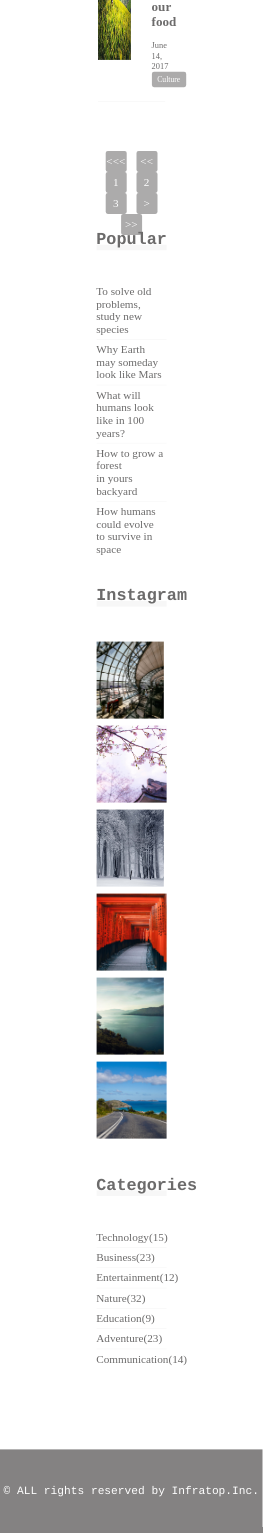
Repository: sweetyk0168/git-kadai3
Page: caravan/index.html
The author's editor kept a record of every edit. The page is drawn from the files as they stood at one moment, then again after the next edit.
The browser window is 375 px wide. The pictures show the part of the page from y = 1812 to 4052 px (the page is 4002 px tall before and 4052 px after), at 70% of full size.
Some web libraries are served in a nearby version.

Above is the page before.

### caravan/index.html
<!DOCTYPE html>
<html lang="ja">
  <head>
    <meta charset="UTF-8" />
    <meta name="viewport" content="width=device-width,initial-scale=1.0">
    <script src="https://kit.fontawesome.com/51edd661f7.js" crossorigin="anonymous"></script>
    <link rel="stylesheet" href="style.css" />
    <title>CARAVAN</title>
  </head>

  <body>
    <!-- header -->
    <!--<div class="header">-->
    <header>
      <h1 class="heading">
        <a href="index.html">
          CARAVAN
        </a>
      </h1>
      <div class="social">
        <i class="fa-brands fa-square-facebook"></i>
        <i class="fa-brands fa-square-twitter"></i>
        <i class="fa-brands fa-instagram"></i>
      </div>
    </header>
    <!--</div> -->

    <!-- navigation -->
    <nav>
      <ul class="navi-list">
          <li class="navi-list-item">
            <a href="index.html">Home</a>
          </li>
          <li class="navi-list-item">About</li>
          <li class="navi-list-item">Topic</li>
      </ul>
    </nav>
    <!-- main-visual用のdiv -->
    <div class="main-visual">
      <div class="main-visual-content">
        <!-- pタグ（と文字）を追加-->
        <p class="main-visual-text">
          The world is a book<br />
          and those who do not travel<br />
          read only one page.
        </p>
        <p class="main-visual-name">
          St. Augustine
        </p>
      </div>
    </div>

    <!-- main用のdiv -->
    <main>
        <!--<div class="sidebar-right"></div>-->
        <section class="blog">
        <h2 class="blog-heading">Recent Blogs</h2>
          <div class="blog-box">
          <div class="blog-item">
              <img class="blog-image" src="img/forest.jpg" />
              <section class="blog-text">
                <h3 class="blog-text-heading">
                  <a href="single.html">
                    Hopeful lessons from<br />
                    the battle to save<br />
                    rainforests
                  </a>
                </h3>
                <p class="blog-date">June 19, 2017</p>
                <span class="category">Nature</span>
              </section>
            </div>
            <div class="blog-item">
              <img class="blog-image" src="img/desert.jpg" />
              <section class="blog-text">
                  <h3 class="blog-text-heading">
                    <a href="single.html">
                      How to fight<br />
                      desertification and<br />
                      reverse climate change
                    </a>
                  </h3>
                  <p class="blog-date">June 17, 2017</p>
                  <span class="category">Nature</span>
              </section>
            </div>
            <div class="blog-item">
              <img class="blog-image" src="img/sunset.jpg" />
              <section class="blog-text">
                  <h3 class="blog-text-heading">
                    <a href="single.html">
                      Why I'm rowing<br />
                      across the Pacific
                    </a>
                  </h3>
                  <p class="blog-date">June 16, 2017</p>
                  <span class="category">Adventure</span>
              </section>
            </div>
            <div class="blog-item">
              <img class="blog-image" src="img/italy.jpg" />
              <section class="blog-text">
                  <h3 class="blog-text-heading">
                    <a href="single.html">
                      Unseen footage,<br />
                      untamed nature
                    </a>
                  </h3>
                  <p class="blog-date">June 15, 2017</p>
                  <span class="category">Nature</span>
              </section>
            </div>
            <div class="blog-item">
              <img class="blog-image" src="img/asia.jpg" />
              <section class="blog-text">
                  <h3 class="blog-text-heading">
                    <a href="single.html">
                      The case for<br />
                      engineering our food
                    </a>
                  </h3>
                  <p class="blog-date">June 14, 2017</p>
                  <span class="category">Culture</span>
              </section>
            </div>
          </div>
          <div class="pagination">
            <p><<<</p>
            <p><<</p>
            <p>1</p>
            <p>2</p>
            <p>3</p>
            <p>></p>
            <p>>></p>
          </div>
        </section>
        <div class="sidebar">
          <section class="popular">
            <h2 class="sidebar-heading common-heading">Popular</h2>
            <div class="sidebar-contents">
              <p class="popular-text">
                To solve old problems,<br />study new species
              </p>
              <p class="popular-text">
                Why Earth may someday<br />look like Mars
              </p>
              <p class="popular-text">
                What will humans look<br />like in 100 years?
              </p>
              <p class="popular-text">
                How to grow a forest<br />in yours backyard
              </p>
              <p class="popular-text">
                How humans could evolve<br />to survive in space
              </p>
            </div>
          </section>
          <section class="instagram">
            <h2 class="instagram-heading common-heading">Instagram</h2>
            <div class="sidebar-contents">
              <div class="instagram-box"></div>
              <div class="instagram-box"></div>
              <div class="instagram-box"></div>
              <div class="instagram-box"></div>
              <div class="instagram-box"></div>
              <div class="instagram-box"></div>
            </div>
          </section>
          <section class="categories">
            <h2 class="categories-heading common-heading">Categories</h2>
            <div class="sidebar-contents">
              <div class="categories-text">Technology(15)</div>
              <div class="categories-text">Business(23)</div>
              <div class="categories-text">Entertainment(12)</div>
              <div class="categories-text">Nature(32)</div>
              <div class="categories-text">Education(9)</div>
              <div class="categories-text">Adventure(23)</div>
              <div class="categories-text">Communication(14)</div>
            </div>
          </section>
        </div>
    </main>

    <!-- footer用のdiv -->
    <footer>
      <p class="footer-text">© ALL rights reserved by Infratop.Inc.</p>
    </footer>
  </body>
</html>

### caravan/style.css
/* ブラウザがそれぞれ持っているCSSをリセットするための記述 */
* {
  margin: 0;
  padding: 0;
  box-sizing: border-box;
  color: #6c6b6b;
}

a {
  text-decoration: none;
}

header, nav, h2, .main-visual, footer {
  font-family: Chalkduster, "Bradley Hand", Courier, "Segoe Print", sans-serif;
}

header {
  width: 90%; /* 横幅いっぱい */
  padding: 15px 0;
  margin: 0 auto;
  text-align: center;
  position: relative;
}

.social i {
  display: inline-block;
  margin-left: 20px;
}

.social {
  position: absolute;
  top: 22px;
  right: 22px;
}

header .heading {
  /* headerタグ内のheadingクラスにのみ反映される*/
 font-size: 32px;
}

.navi-list {
  text-align: center;
  padding: 10px 0;
  margin: 0 auto;
}

.navi-list-item {
  list-style: none;
  display: inline-block;
  margin: 0 20px;
}

.main-visual {
  width: 100%; /* 横幅いっぱい */
  height: 300px; /* 高さ300px */
  background-image: url(img/mv.jpg);
  background-size: cover;
  background-position: center;
}

.main-visual-content {
  width: 40%;
  height: 300px;
  background-color: rgba(0, 0, 0, 0.5); /*背景色を半透明の黒にする*/
  text-align: center; /* 文字を中央揃えにする*/
  padding-top: 105px; /* 上側の内側余白で垂直方向の位置を調整*/
}

.main-visual-text {
  color: #fff; /*文字色を城に変更*/
}

.main-visual-name {
  margin-top: 30px; /*上側の外側の余白*/
  color: #fff; /*文字色を白に変更*/
}

main {
  width: 800px; /* 横幅840px */
  display: flex; /* Flexboxの利用 */
  justify-content: center; /* 子要素の横並び・中央寄せ */
  margin: 0 auto; /* 中央寄せ（左右に余白がないとできない） */
  padding: 70px 0; /* 上下に70px 左右に0pxの内側余白*/
}

.blog {
  width: 540px;
  margin-right: 30px; /*領域の右側余白*/
}

.blog-heading {
  border-bottom: 8px solid #f7f7f7;
  text-align: center;
  line-height: 0.6;
}

.blog-box {
  padding-top: 50px;
}

.blog-item {
  padding-bottom: 20px;
  margin-bottom: 20px;
  border-bottom: 1px solid #f7f7f7;
  display: flex;
  justify-content: flex-start;
}

.blog-image {
  height: 180px;
}

.blog-text {
  padding: 25px 0 0 30px;
}

.blog-text-heading {
  padding-bottom: 15px;
}

.blog-date {
  font-size: 12px;
  display: inline-block;
}

.category {
  display: inline-block;
  padding: 5px 8px;
  background-color: #acabab;
  border-radius: 3px;
  color: #fff;
  font-size: 11px;
}

.pagination {
  text-align: center;
  padding-top: 50px;
}

.pagination p {
  display: inline-block;
  width: 30px;
  height: 30px;
  margin: 0 5px;
  color: #fff;
  background-color: #acabab;
  border-radius: 3px;
  line-height: 30px;
}
.sidebar {
  width: 230px;
}

.common-heading {
  border-bottom: 8px solid #f7f7f7;
  text-align: center;
  line-height: 0.6;
}

.sidebar-contents {
  padding: 50px 0;
}

.popular-text,
.categories-text {
  padding-bottom: 5px;
  border-bottom: 1px solid #f7f7f7;
  margin-bottom: 5px;
}

.popular-text:last-child,
.categories-text:last-child {
  margin: 0;
  padding: 0;
  border: none;
}

.instagram .sidebar-contents {
  display: flex;
  flex-wrap: wrap;
}

.instagram-box {
  width: 110px;
  padding-top: 110px;
  background-size: cover;
  background-position: center;
  margin-bottom: 10px;
}

.instagram-box:nth-child(odd) {
  margin-right: 10px;
}

.instagram-box:nth-child(1) {
  background-image: url(img/airport.jpg);
}

.instagram-box:nth-child(2) {
  background-image: url(img/japan.jpg);
}

.instagram-box:nth-child(3) {
  background-image: url(img/snow.jpg);
}

.instagram-box:nth-child(4) {
  background-image: url(img/japan2.jpg);
}

.instagram-box:nth-child(5) {
  background-image: url(img/lake.jpg);
}

.instagram-box:nth-child(6) {
  background-image: url(img/road.jpg);
}


footer {
  width: 100%; /* 横幅いっぱい */
  height: 120px; /* 高さ100px */
  text-align: center;
  line-height: 120px;
  background-color: #848282; /* 背景色blue */
}

.footer-text {
  color: #fff;
}

@media screen and (max-width: 425px) {
  header {
    width: 100px;
  }

  .navi-list {
    width: 100px;
  }

  .navi-list-item {
    width: 100px;
    margin: 0 0 10px 0;
  }

  .social {
    display: none;
  }

  .main-visual-content {
    width: 100px;
  }

  main {
    width: 100px;
    display: block;
  }

  .blog {
    width: 100px;
    display: block;
  }

  .blog-box {
    padding-left :2%;
    padding-right: 2%;
  }


  .blog-image {
    width: 49%;
  }

  .blog-text {
    width: 49%;
    padding-top: 5px;
  }

  .sidebar {
    width: 100%;
  }

  .sidebar-congents {
    padding-left: 3%;
    padding-right: 4%;
  }

  .instagram-box:nth-child(odd) {
    margin-right: 4%;
  }








}

After the next edit:
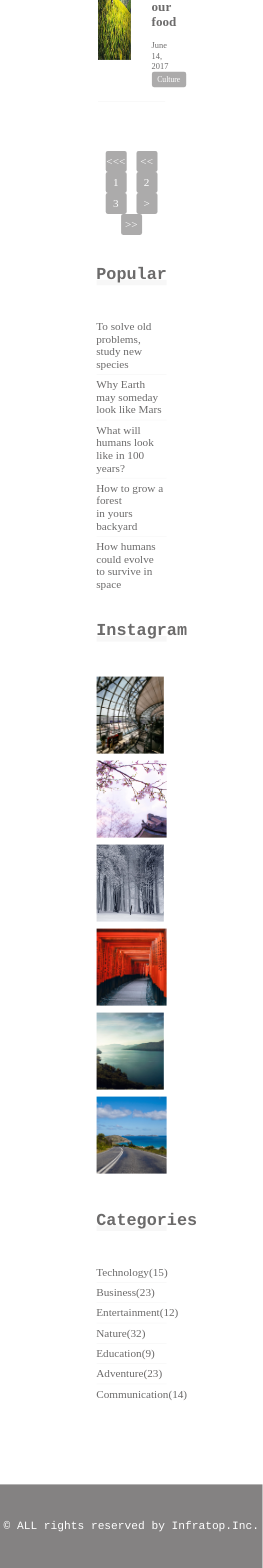
The edit:
--- a/caravan/style.css
+++ b/caravan/style.css
@@ -289,11 +289,13 @@
     margin-right: 4%;
   }
 
-
-
-
-
-
-
-
-}
+  .pagination {
+    margin-bottom: 50px;
+  }
+
+
+
+
+
+
+}
